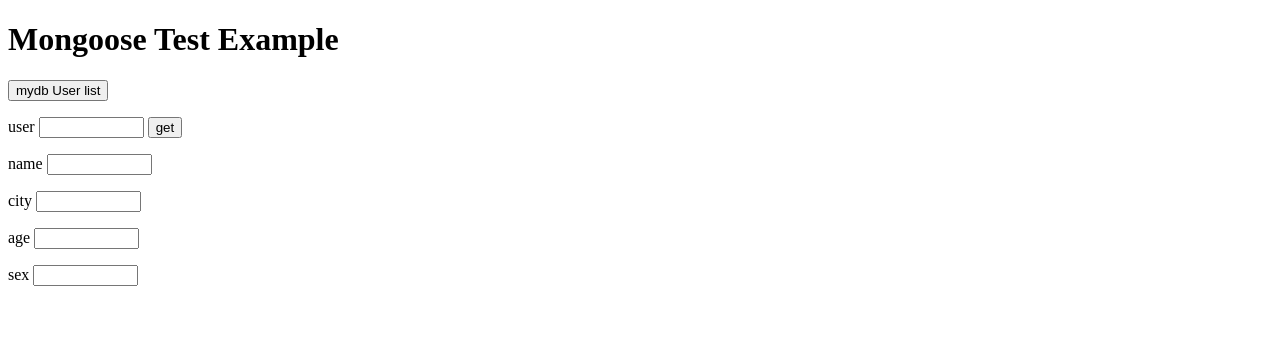
Repository: JunohK/anew
Page: node/mongos/views/index.html
The author's editor kept a record of every edit. The page is drawn from the files as they stood at one moment, then again after the next edit.
The browser window is 1280 px wide. The pictures show the whole page.

Above is the page before.

### node/mongos/views/index.html
<!DOCTYPE html>
<html>
<head>
<meta charset="utf-8">
<title>Moongoose Module</title>
</head>
<body>
    <h1>Mongoose Test Example</h1>
    <form method='post' action=/insert name="mongoform">
        <input type='button' value="mydb User list" onclick='location.href="/list"'><p>
            user <input type='text' size='10' name='userid'>
            <input type='button' value="get" onclick='location.href="/get?input="+document.mongoform.userid.value'><p>
                name <input type='text' size='10' name='name'><p>
                city <input type='text' size='10' name='name'><p>
                age <input type='text' size='10' name='name'><p>
                sex <input type='text' size='10' name='name'><p>

    </form>

</body>
</html>

After the next edit:
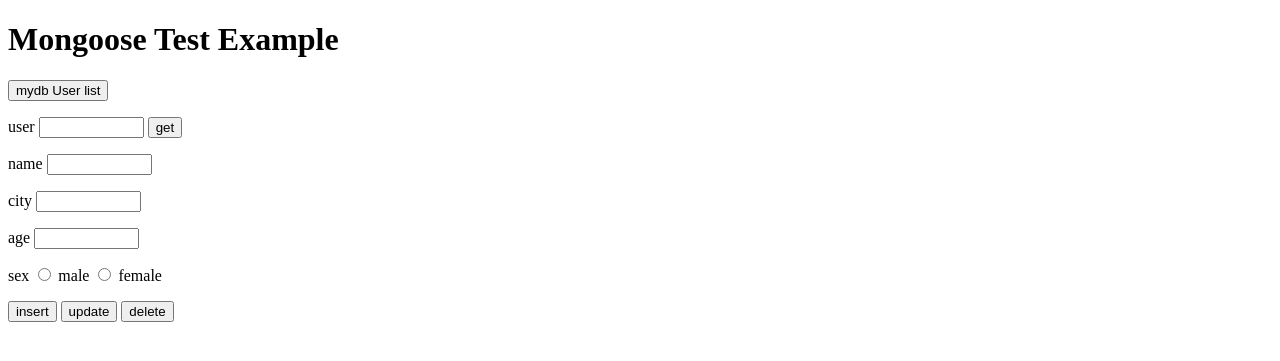
The edit:
--- a/node/mongos/views/index.html
+++ b/node/mongos/views/index.html
@@ -8,14 +8,16 @@
     <h1>Mongoose Test Example</h1>
     <form method='post' action=/insert name="mongoform">
         <input type='button' value="mydb User list" onclick='location.href="/list"'><p>
-            user <input type='text' size='10' name='userid'>
-            <input type='button' value="get" onclick='location.href="/get?input="+document.mongoform.userid.value'><p>
-                name <input type='text' size='10' name='name'><p>
-                city <input type='text' size='10' name='name'><p>
-                age <input type='text' size='10' name='name'><p>
-                sex <input type='text' size='10' name='name'><p>
-
+        user <input type='text' size='10' name='userid'>
+        <input type='button' value="get" onclick='location.href="/get?input="+document.mongoform.userid.value'><p>
+        name <input type='text' size='10' name='name'><p>
+        city <input type='text' size='10' name='city'><p>
+        age <input type='text' size='10' name='age'><p>
+        sex <input type='radio' name='sex' value='male'> male
+            <input type='radio' name='sex' value='female'> female<p>
+        <input type='submit' value="insert" onclick='this.form.action="/insert"'>
+        <input type='submit' value="update" onclick='this.form.action="/update"'>
+        <input type='submit' value="delete" onclick='this.form.action="/delete"'>
     </form>
-
 </body>
 </html>
